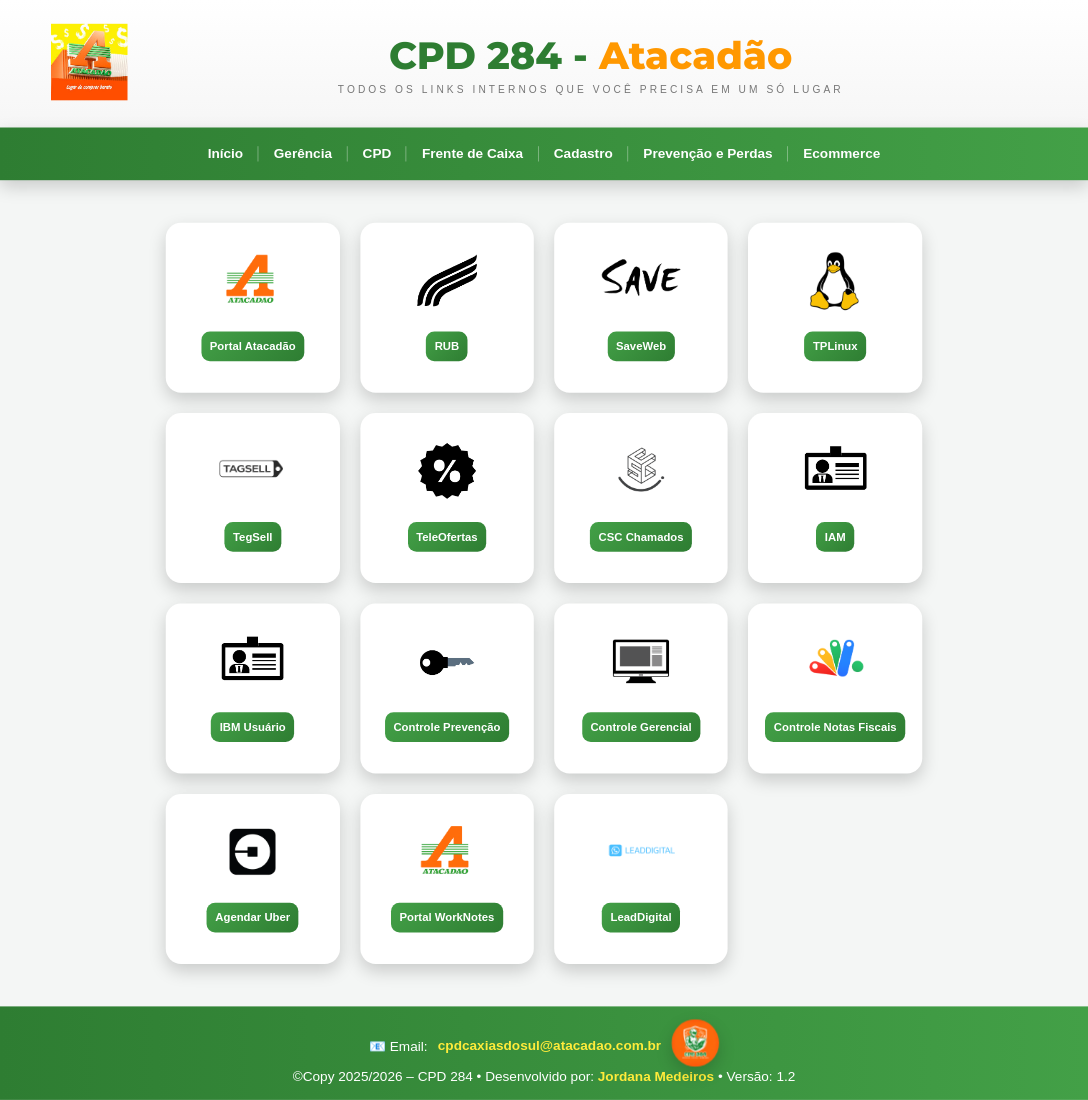
Repository: Iamjordana/projetositecpd284
Page: gerencia.html
The author's editor kept a copy of each file at every save. The page is drawn from the files as they stood at one save, then again after a run of saves.
The browser window is 1280 px wide. The pictures show the whole page, at 85% of full size.

Above is the page before, as saved 2026-01-17 16:12:18.

### gerencia.html
<!DOCTYPE html>
<html lang="pt-br">
<head>
    <meta charset="UTF-8">
    <meta name="viewport" content="width=device-width, initial-scale=1.0">
    <link rel="stylesheet" href="css/style.css">
    <link rel="shortcut icon" href="imagens/favicon.ico.png" type="image/x-icon">
    <link rel="stylesheet" href="css/style.css">
    <title>Gerência</title>
</head>
<body>
<header class="header">
  <div class="header-conteudo">

    <!-- LOGO -->
    <a href="https://www.atacadao.com.br/?gad_source=1&gad_campaignid=20420614023&gbraid=0AAAAABtpTlcGW6y3akw7RKT1Yb7pAKuKd&gclid=CjwKCAiAmp3LBhAkEiwAJM2JUHXSWfP5_Djaq_11NZu4hlSceQ_92qgWRLRudqQOzaB98C2fKkaZ1BoCU14QAvD_BwE" ><img src="imagens/logoataca.jpg" alt="Atacadão" class="header-logo"></a>

    <!-- TEXTO CENTRAL -->
    <div class="header-texto">
      <h1 class="titulo-principal">
        <span class="titulo-verde">CPD 284 - </span>
        <span class="titulo-laranja">Atacadão</span>
      </h1>
      <p>Todos os links internos que você precisa em um só lugar</p>
    </div>
  </div>
</header>

<nav class="navbar">
    <button class="menu-toggle" id="menuToggle" aria-label="Abrir menu">
        ☰
    </button>

    <div class="menu" id="menu">
        <a href="index.html">Início</a>
        <a href="gerencia.html">Gerência</a>
        <a href="cpd.html">CPD</a>
        <a href="frentecaixa.html">Frente de Caixa</a>
        <a href="cadastro.html">Cadastro</a>
        <a href="prevencao.html">Prevenção e Perdas</a>
        <a href="ecommerce.html">Ecommerce</a>
    </div>
</nav>


    <main>
        <div class="container">
            <div class="card">
                <img src="imagens/atacadao.png" alt="ATACADAO" class="card-img1">
                <a href="https://srvportal-prod.br-atacadao.corp/portal/" target="_blank"><button class="btn_atalho">Portal Atacadão</button></a>
            </div>

            <div class="card">
                <img src="imagens/RUB2.png" alt="RUB" class="card-img2">
                <a href="https://srvuca284/vue/" target="_blank"><button class="btn_atalho">RUB</button></a>
            </div>

            <div class="card">
                <img src="imagens/SAVE2.png" alt="SAVEWEB" class="card-img3">
                <a href="https://srvapp284.br-atacadao.corp/" target="_blank" ><button class="btn_atalho">SaveWeb</button></a>
            </div>

            <div class="card">
                <img src="imagens/LUNIX.png" alt="TPLINUX" class="card-img4">
                <a href="https://srvtpl284.br-atacadao.corp:8080/" target="_blank"><button class="btn_atalho">TPLinux</button></a>
            </div>

            <div class="card">
                <img src="imagens/tagsell.png" alt="tegsell" class="card-img5">
                <a href="https://app.tagsell.com.br/login" target="_blank"><button class="btn_atalho">TegSell</button></a>
            </div>

            <div class="card">
                <img src="imagens/TELEOFERTAS.png" alt="TELEOFERTAS" class="card-img6">
                <a href="http://srvsistflyer.cloud.br-atacadao.corp/teleofertas/" target="_blank"><button class="btn_atalho">TeleOfertas</button></a>
            </div>

            <div class="card">
                <img src="imagens/chamados.png" alt="chamados" class="card-img7">
                <a href="https://csc.br-atacadao.corp/portal/customer.html?RequestedURL=" target="_blank"><button class="btn_atalho">CSC Chamados</button></a>
            </div>

            <div class="card">
                <img src="imagens/ibm.jpg" alt="ibm" class="card-img8">
                <a href="https://ibmsvg.br-atacadao.corp:9443/itim/console/jsp/logon/Login.jsp" target="_blank"><button class="btn_atalho">IAM</button></a>
            </div>

            <div class="card">
                <img src="imagens/ibm.jpg" alt="ibm" class="card-img12">
                <a href="https://ibmsvg.br-atacadao.corp:9443/itim/console/jsp/logon/Login.jsp" target="_blank"><button class="btn_atalho">IBM Usuário</button></a>
            </div>

            <div class="card">
            <img src="imagens/chaves.jpg" alt="prevchaves" class="card-img5">
            <a href="https://srvsave284/prevperdas/#/chaves" target="_blank">
                <button class="btn_atalho">Controle Prevenção</button>
            </a>
            </div>

            <div class="card">
                <img src="imagens/controleg.png" alt="controlegeren" class="card-img10">
                <a href="https://docs.google.com/spreadsheets/d/1qIYmTfEgEyFtCI4ynK57EcwgX6iaSKgUFGssNHVbir8/edit?gid=0#gid=0" target="_blank"><button class="btn_atalho">Controle Gerencial</button></a>
            </div>

            <div class="card">
                <img src="imagens/notas.png" alt="Notas" class="card-img11">
                <a href="https://script.google.com/a/macros/atacadao.com.br/s/AKfycbwqcoPfWtn7tztTmkYU_-rZzzbmumslXrLHgY5Jxjh7wCvOsvtwYCqy_XobEg7-W5xm/exec" target="_blank"><button class="btn_atalho">Controle Notas Fiscais</button></a>
            </div>

            <div class="card">
                <img src="imagens/uber.png" alt="uber" class="card-img10">
                <a href="https://auth.uber.com/" target="_blank"><button class="btn_atalho">Agendar Uber</button></a>
            </div>

            <div class="card">
                <img src="imagens/atacadao.png" alt="ATACADAO" class="card-img11">
                <a href="http://srvnaplic2.atacadao.com.br/portal/PWN.nsf/Principal?OpenForm" target="_blank"><button class="btn_atalho"> Portal WorkNotes
                </button></a>
            </div>

            <div class="card">
                <img src="imagens/lead.png" alt="lead" class="card-img11">
                <a href="https://leaderead.br-atacadao.corp/login" target="_blank"><button class="btn_atalho">LeadDigital
                </button></a>
            </div>

        </div>

    </main>


<footer class="footer">
  <p class="linha-email">
    📧 Email:
    <a href="mailto:cpdcaxiasdosul@atacadao.com.br">
      cpdcaxiasdosul@atacadao.com.br
    </a>

    <span class="logo-animada">
      <img src="imagens/logocpd284.png" alt="Logo CPD 284">
    </span>
  </p>

  <p>
    ©Copy 2025/2026 – CPD 284 • Desenvolvido por:
    <a href="https://github.com/Iamjordana" target="_blank">Jordana Medeiros</a>
    • Versão: 1.2
  </p>
</footer>
</body>

<script>
const toggle = document.getElementById('menuToggle');
const menu = document.getElementById('menu');

toggle.addEventListener('click', () => {
  menu.classList.toggle('active');
});
</script>
</html>

### css/style.css
@charset "UTF-8";
@import url('https://fonts.googleapis.com/css2?family=Montserrat:wght@600;800&display=swap');

/* =====================================================
   1. VARIÁVEIS
===================================================== */
:root {
  --branco: #ffffff;
  --cinza-bg: #f4f6f5;

  --verde-claro: #43a047;
  --verde-escuro: #2e7d32;

  --laranja: #ff9800;
  --laranja-escuro: #f57c00;

  --texto: #444;
  --texto-suave: #777;

  --sombra-suave: 0 4px 12px rgba(0,0,0,0.12);
  --sombra-media: 0 8px 20px rgba(0,0,0,0.18);
  --sombra-forte: 0 14px 30px rgba(0,0,0,0.25);
}

/* =====================================================
   2. RESET E BASE
===================================================== */
* {
  margin: 0;
  padding: 0;
  box-sizing: border-box;
}

html, body {
  height: 100%;
}

body {
  background: var(--cinza-bg);
  font-family: Arial, Helvetica, sans-serif;
  color: var(--texto);
  display: flex;
  flex-direction: column;
}

/* =====================================================
   3. HEADER
===================================================== */
.header {
  background: linear-gradient(180deg, #ffffff 0%, #f6f6f6 100%);
  box-shadow: var(--sombra-suave);
}

.header-conteudo {
  max-width: 1200px;
  margin: auto;
  padding: 28px 20px;
  display: flex;
  align-items: center;
  gap: 20px;
}

.header-logo {
  width: 90px;
}

.header-texto {
  flex: 1;
  text-align: center;
}

.titulo-principal {
  font-family: 'Montserrat', sans-serif;
  font-size: 2.8rem;
  font-weight: 800;
}

.titulo-verde { color: var(--verde-escuro); }
.titulo-laranja { color: var(--laranja); }

.header-texto p {
  margin-top: 6px;
  font-size: 0.75rem;
  letter-spacing: 0.3em;
  text-transform: uppercase;
  color: var(--texto-suave);
}

/* =====================================================
   4. NAVBAR
===================================================== */
.navbar {
  background: linear-gradient(90deg, var(--verde-escuro), var(--verde-claro));
  box-shadow: var(--sombra-media);
  display: flex;
  flex-direction: column;
}

/* botão hamburguer */
.menu-toggle {
  display: none;
  background: none;
  border: none;
  color: white;
  font-size: 26px;
  cursor: pointer;
  padding: 14px 20px;
  text-align: left;
}

/* menu */
.menu {
  max-width: 1200px;
  margin: auto;
  padding: 12px 20px;
  display: flex;
  justify-content: center;
}

.menu a {
  color: white;
  text-decoration: none;
  font-weight: 600;
  padding: 10px 18px;
  position: relative;
}

.menu a:not(:last-child)::after {
  content: "";
  position: absolute;
  right: 0;
  top: 50%;
  transform: translateY(-50%);
  height: 18px;
  width: 1px;
  background: rgba(255,255,255,0.4);
}

.menu a:hover {
  background: white;
  color: var(--verde-escuro);
  border-radius: 8px;
}

/* =====================================================
   5. MAIN / CARDS
===================================================== */
main {
  flex: 1;
  max-width: 1200px;
  margin: 50px auto;
}

.container {
  display: grid;
  grid-template-columns: repeat(2, 1fr); /* 🔥 SEMPRE 2 */
  gap: 24px;
  max-width: 1200px;
  margin: auto;
  padding: 0 20px;
}

.card {
  width: 100%;
  height: 200px;

  background: white;
  border-radius: 18px;

  display: flex;
  flex-direction: column;
  align-items: center;

  padding: 20px;
  box-shadow: var(--sombra-media);
  transition: 0.3s;
}



.card img {
  width: 96px;
  height: 96px;
  object-fit: contain;
  margin-bottom: 12px;
}

.btn_atalho {
  margin-top: auto;
  width: 100%;
  text-align: center;
  background: linear-gradient(135deg, var(--verde-claro), var(--verde-escuro));
  color: white;
  border: none;
  border-radius: 10px;
  padding: 10px;
  font-weight: 600;
  cursor: pointer;
  transition: 0.2s;
}

.btn_atalho:hover {
  background: linear-gradient(135deg, var(--laranja), var(--laranja-escuro));
  transform: translateY(-2px);
}

/* =====================================================
   6. FOOTER
===================================================== */
.footer {
  background: linear-gradient(90deg, var(--verde-escuro), var(--verde-claro));
  color: white;
  text-align: center;
  padding: 18px 12px;
}

.footer a {
  color: #ffeb3b;
  font-weight: bold;
  text-decoration: none;
}

.footer a:hover {
  text-decoration: underline;
}

.linha-email {
  display: inline-flex;
  align-items: center;
  gap: 12px;
}

.logo-animada {
  width: 56px;
  height: 56px;
  border-radius: 50%;
  overflow: hidden;
  box-shadow: var(--sombra-media);
  animation: respirar 4s infinite ease-in-out;
}

.logo-animada img {
  width: 100%;
  height: 100%;
  object-fit: cover;
}

@keyframes respirar {
  0%, 100% { transform: translateY(0); }
  50% { transform: translateY(-6px); }
}

/* =====================================================
   7. MOBILE
===================================================== */
@media (max-width: 768px) {

  .menu-toggle {
    display: block;
  }

  .menu {
    display: none;
    flex-direction: column;
    padding: 0;
  }

  .menu.active {
    display: flex;
  }

  .menu a {
    padding: 16px;
    text-align: center;
    border-top: 1px solid rgba(255,255,255,0.3);
  }

  .menu a::after {
    display: none;
  }
}

@media (min-width: 900px) {
  .container {
    grid-template-columns: repeat(3, 1fr);
  }
}

@media (min-width: 1200px) {
  .container {
    grid-template-columns: repeat(4, 1fr);
  }
}

After the next 2 saves:
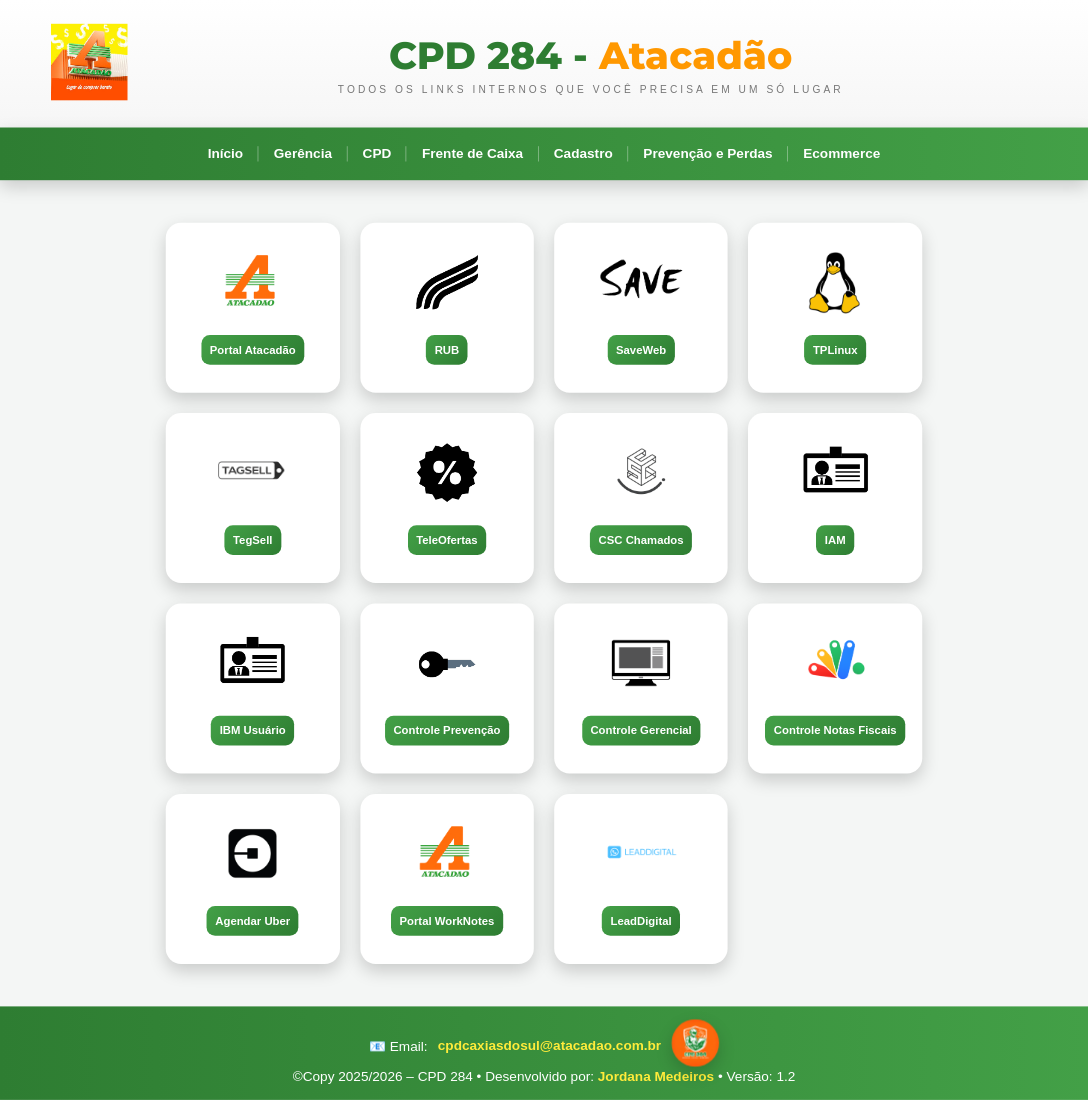
The 2 saves are shown as one change because they came seconds apart.
The last was saved 24 s later.
--- a/css/style.css
+++ b/css/style.css
@@ -179,8 +179,8 @@
 
 
 .card img {
-  width: 96px;
-  height: 96px;
+  width: 100px;
+  height: 100px;
   object-fit: contain;
   margin-bottom: 12px;
 }
